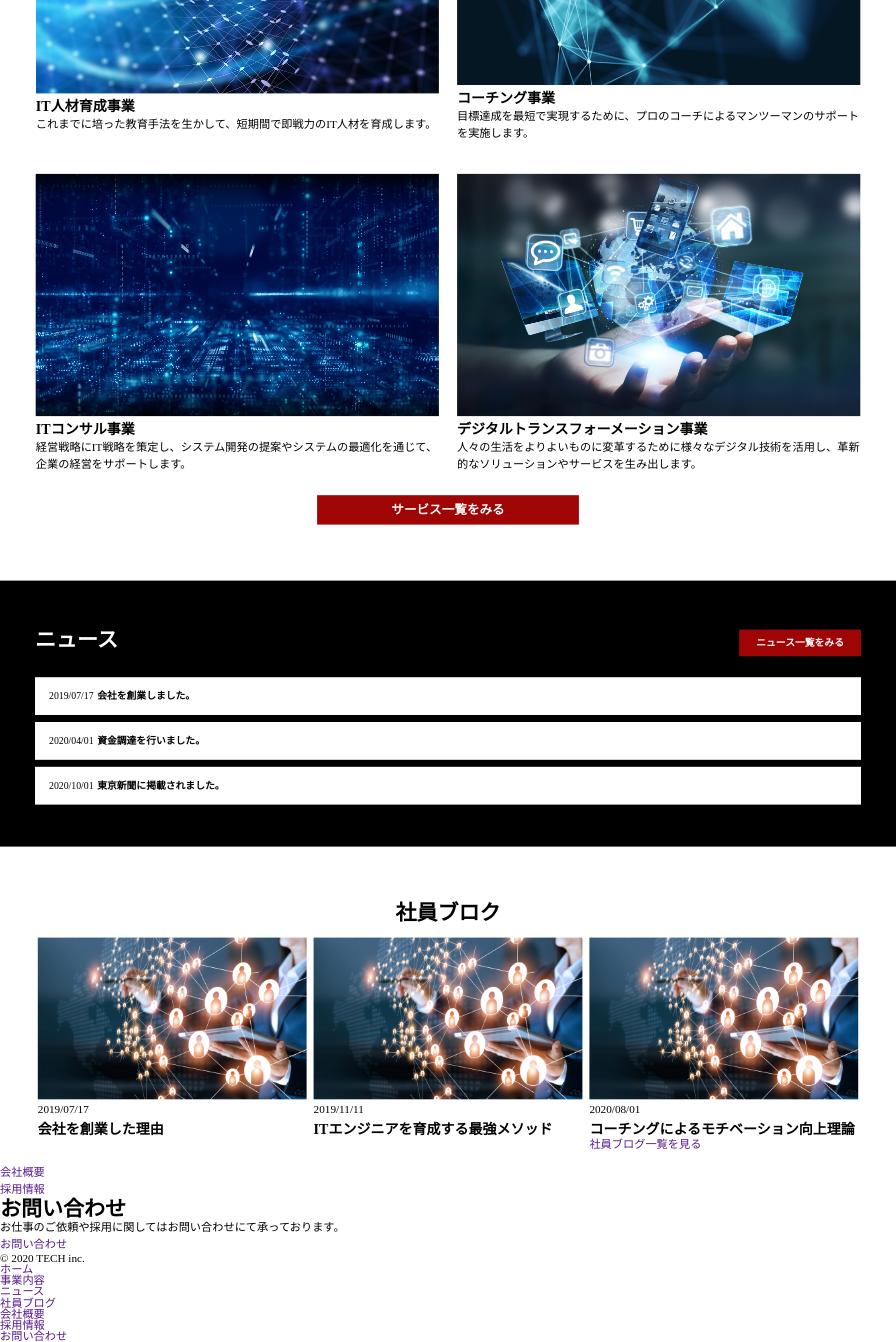
Repository: masanarimiura/20220516_miura
Page: index.html
The author's editor kept a copy of each file at every save. The page is drawn from the files as they stood at one save, then again after the next save.
The browser window is 1280 px wide. The pictures show the part of the page from y = 1349 to 3269 px (the page is 3266 px tall before and 3269 px after), at 70% of full size.

Above is the page before, as saved 2022-05-13 20:39:18.

### index.html
<!DOCTYPE html>
<html lang="ja">

<head>
  <meta charset="UTF-8">
  <meta http-equiv="X-UA-Compatible" content="IE=edge">
  <meta name="viewport" content="width=device-width, initial-scale=1.0">
  <title>Document</title>
  <link rel="stylesheet" href="css/reset.css">
  <link rel="stylesheet" href="css/index.css">
</head>

<body>

  <header class="header">
    <h2 class="header__ttl">TECH</h2>
    <nav class="header__nav">
      <ul>
        <li><a href="" class="header__nav__item1">ホーム</a></li>
        <li><a href="" class="header__nav__item2">事業内容</a></li>
        <li><a href="" class="header__nav__item3">ニュース</a></li>
        <li><a href="" class="header__nav__item4">社員ブログ</a></li>
        <li><a href="" class="header__nav__item5">会社概要</a></li>
        <li><a href="" class="header__nav__item6">採用情報</a></li>
        <li><a href="" class="header__nav__item7">お問い合わせ</a></li>
      </ul>
    </nav>
  </header>

  <div class="eyecatch">
    <div class="eyecatch__content">
      <h1 class="eyecatch__content__ttl">最新のテクノロジーで社会課題を解決</h1>
      <p class="eyecatch__content__txt">solving social issues with the latest tdchnology</p>
    </div>
  </div>

  <div class="message">
    <div class="message__inner">
      <h2 class="message__ttl">株式会社TECHの想い</h2>
      <p class="message__txt">
        あらゆる産業において、新たなデジタル技術を使ってこれまでにないビジネスモデルを展開する新規参入者が養生し、ゲームチェンジが起ころうとしています。こうした中で、各企業は、競争力維持・強化のために。DXを迅速に進めていくことが求められています。しかし、DXにおいて投資コストは非常にかかります。株式会社TECHでは独自のオペレーションと人材教育により、他社よりも価格を抑えた開発を行います。
      </p>
    </div>
  </div>

  <div class="service">
    <h2 class="service__ttl">サービス</h2>
    <div class="service__inner">
      <div class="service__box">
        <img src="img/service1.png" alt="" class="service__box__img">
        <h3 class="service__box__ttl">IT人材育成事業</h3>
        <p class="service__box__txt">これまでに培った教育手法を生かして、短期間で即戦力のIT人材を育成します。</p>
      </div>
      <div class="service__box">
        <img src="img/service2.png" alt="" class="service__box__img">
        <h3 class="service__box__ttl">コーチング事業</h3>
        <p class="service__box__txt">目標達成を最短で実現するために、プロのコーチによるマンツーマンのサポートを実施します。</p>
      </div>
      <div class="service__box">
        <img src="img/service3.png" alt="" class="service__box__img">
        <h3 class="service__box__ttl">ITコンサル事業</h3>
        <p class="service__box__txt">経営戦略にIT戦略を策定し、システム開発の提案やシステムの最適化を通じて、企業の経営をサポートします。</p>
      </div>
      <div class="service__box">
        <img src="img/service4.png" alt="" class="service__box__img">
        <h3 class="service__box__ttl">デジタルトランスフォーメーション事業</h3>
        <p class="service__box__txt">人々の生活をよりよいものに変革するために様々なデジタル技術を活用し、革新的なソリューションやサービスを生み出します。</p>
      </div>
      <a href="" class="button">サービス一覧をみる</a>
    </div>
  </div>

  <div class="news">
    <div class="news__inner">
      <div class="news__ttl">
        <h2 class="news__ttl-txt">ニュース</h2>
        <a href="" class="service__link button">ニュース一覧をみる</a>
      </div>
      <div class="news__content">
        <ul class="news__content-inner">
          <li class="news__content-topic">
            <a herf="">2019/07/17<span>会社を創業しました。</span></a>
          </li>
          <li class="news__content-topic">
            <a herf="">2020/04/01<span>資金調達を行いました。</span></a>
          </li>
          <li class="news__content-topic">
            <a herf="">2020/10/01<span>東京新聞に掲載されました。</span></a>
          </li>
        </ul>
      </div>
    </div>
  </div>
  <div class="blog">
    <h2 class="blog__ttl">社員ブロク</h2>
    <div class="blog__inner">
      <div class="blog__box">
        <a href=""><img src="img/blog.png" alt="" class="blog__img"></a>
        <p class="blog__date">2019/07/17</p>
        <p class="blog__txt">会社を創業した理由</p>
      </div>
      <div class="blog__box">
        <a href=""><img src="img/blog.png" alt="" class="blog__img"></a>
        <p class="blog__date">2019/11/11</p>
        <p class="blog__txt">ITエンジニアを育成する最強メソッド</p>
      </div>
      <div class="blog__box">
        <a href=""><img src="img/blog.png" alt="" class="blog__img"></a>
        <p class="blog__date">2020/08/01</p>
        <p class="blog__txt">コーチングによるモチベーション向上理論</p>
        <a href="">社員ブログ一覧を見る</a>
      </div>
    </div>
  </div>

  <div class="info">
    <div class="info__company"><a href="">
        <p class="info__company__ttl">会社概要</p>
      </a></div>
    <div class="info__recruit"><a href="">
        <p class="info__recruit__ttl">採用情報</p>
      </a></div>
  </div>

  <div class="contact">
    <h2 class="contact__ttl">お問い合わせ</h2>
    <p class="contact__txt">お仕事のご依頼や採用に関してはお問い合わせにて承っております。</p>
    <p class="contact__link"><a href="">お問い合わせ</a></p>
  </div>

  <footer class="footer">
    <div class="footer__copy">&copy; 2020 TECH inc.</div>
    <ul class="footer__nav">
      <li><a href="" class="footer__nav__item1">ホーム</a></li>
      <li><a href="" class="footer__nav__item2">事業内容</a></li>
      <li><a href="" class="footer__nav__item3">ニュース</a></li>
      <li><a href="" class="footer__nav__item4">社員ブログ</a></li>
      <li><a href="" class="footer__nav__item5">会社概要</a></li>
      <li><a href="" class="footer__nav__item6">採用情報</a></li>
      <li><a href="" class="footer__nav__item7">お問い合わせ</a></li>
    </ul>
  </footer>


  <script src="js/main.js"></script>
</body>

</html>

### css/reset.css
/*
html5doctor.com Reset Stylesheet
v1.6.1
Last Updated: 2010-09-17
Author: Richard Clark - http://richclarkdesign.com
Twitter: @rich_clark
*/
html,
body,
div,
span,
object,
iframe,
h1,
h2,
h3,
h4,
h5,
h6,
p,
blockquote,
pre,
abbr,
address,
cite,
code,
del,
dfn,
em,
img,
ins,
kbd,
q,
samp,
small,
strong,
sub,
sup,
var,
b,
i,
dl,
dt,
dd,
ol,
ul,
li,
fieldset,
form,
label,
legend,
table,
caption,
tbody,
tfoot,
thead,
tr,
th,
td,
article,
aside,
canvas,
details,
figcaption,
figure,
footer,
header,
hgroup,
menu,
nav,
section,
summary,
time,
mark,
audio,
video {
  margin: 0;
  padding: 0;
  border: 0;
  outline: 0;
  font-size: 100%;
  vertical-align: baseline;
  background: transparent;
}

body {
  line-height: 1;
}

article,
aside,
details,
figcaption,
figure,
footer,
header,
hgroup,
menu,
nav,
section {
  display: block;
}

nav ul {
  list-style: none;
}

blockquote,
q {
  quotes: none;
}

blockquote:before,
blockquote:after,
q:before,
q:after {
  content: "";
  content: none;
}

a {
  margin: 0;
  padding: 0;
  font-size: 100%;
  vertical-align: baseline;
  background: transparent;
}

/* change colours to suit your needs */
ins {
  background-color: #ff9;
  color: #000;
  text-decoration: none;
}

/* change colours to suit your needs */
mark {
  background-color: #ff9;
  color: #000;
  font-style: italic;
  font-weight: bold;
}

del {
  text-decoration: line-through;
}

abbr[title],
dfn[title] {
  border-bottom: 1px dotted;
  cursor: help;
}

table {
  border-collapse: collapse;
  border-spacing: 0;
}

/* change border colour to suit your needs */
hr {
  display: block;
  height: 1px;
  border: 0;
  border-top: 1px solid #cccccc;
  margin: 1em 0;
  padding: 0;
}

input,
select {
  vertical-align: middle;
}

### css/index.css
h2 {
  font-size: 30px;
  font-weight: bold;
}
h3 {
  font-size: 20px;
  font-weight: bold;
  line-height: 1.5;
}
a {
  text-decoration: none;
}
p {
  line-height: 1.5;
}
.button {
  display: block;
  text-align: center;
  color: #fff;
  font-size: 18px;
  font-weight: bold;
  background-color: rgb(160, 5, 5);
  width: 350px;
  padding: 12px;
}

.header {
  display: flex;
  justify-content: space-between;
  text-align: center;
  padding: 20px 30px;
  position: sticky;
  top: 0;
  background-color: #fff;
  z-index: 1;
}
.header__nav ul {
  display: flex;
  justify-content: space-between;
}
.header__nav ul li {
  padding: 0 15px;
  font-size: 16px;
  font-weight: bold;
}
.header__nav ul li a {
  color: #000;
}

.eyecatch {
  display: flex;
  justify-content: center;
  align-items: center;
  text-align: center;
  background: url(../img/mv.png) center/ cover;
  height: 80vh;
}
.eyecatch__content {
  color: #fff;
}
.eyecatch__content__ttl {
  font-size: 50px;
  padding: 20px;
  line-height: 1.5;
}
.eyecatch__content__txt {
  font-weight: bold;
  font-size: 20px;
  padding: 20px;
}

.message {
  background: #000;
  display: flex;
  justify-content: center;
  align-items: center;
}
.message__inner {
  padding: 80px 80px;
}
.message__ttl {
  color: #fff;
}
.message__txt {
  color: #fff;
  line-height: 2;
  text-align: justify;
  padding: 20px 0 0;
}

.service {
  margin-top: 100px;
}
.service__ttl {
  text-align: center;
  margin-bottom: 30px;
}
.service__inner {
  display: flex;
  align-items: center;
  flex-wrap: wrap;
  justify-content: center;
}
.service__box {
  width: 45%;
  height: auto;
  padding: 1%;
  margin-bottom: 20px;
}
.service__box img {
  width: 100%;
  height: auto;
}
.service__button {
  margin-top: 50px;
}
.news {
  background: #000;
  margin-top: 80px;
}
.news__inner {
  padding: 50px 50px;
}
.news__ttl {
  display: flex;
  justify-content: space-between;
  padding: 20px 0;
}
.news__ttl-txt {
  color: #fff;
}
.service__link {
  width: 150px;
  font-size: 14px;
}
.news__content-topic a {
  background-color: #fff;
  margin: 10px 0;
  padding: 20px;
  font-size: 14px;
  display: block;
}
.news__content-topic span {
  font-weight: bold;
  display: inline-block;
  padding: 0 5px;
}

.blog {
  margin-top: 80px;
}
.blog__ttl {
  text-align: center;
}
.blog__inner {
  display: flex;
  justify-content: center;
}
.blog__box {
  width: 30%;
  margin: 20px 5px;
}
.blog__box img {
  width: 100%;
}
.blog__txt {
  font-weight: bold;
  font-size: 20px;
}

Loaded but not shown: js/main.js (no copy from this time; the picture is the same without it)

After the next save:
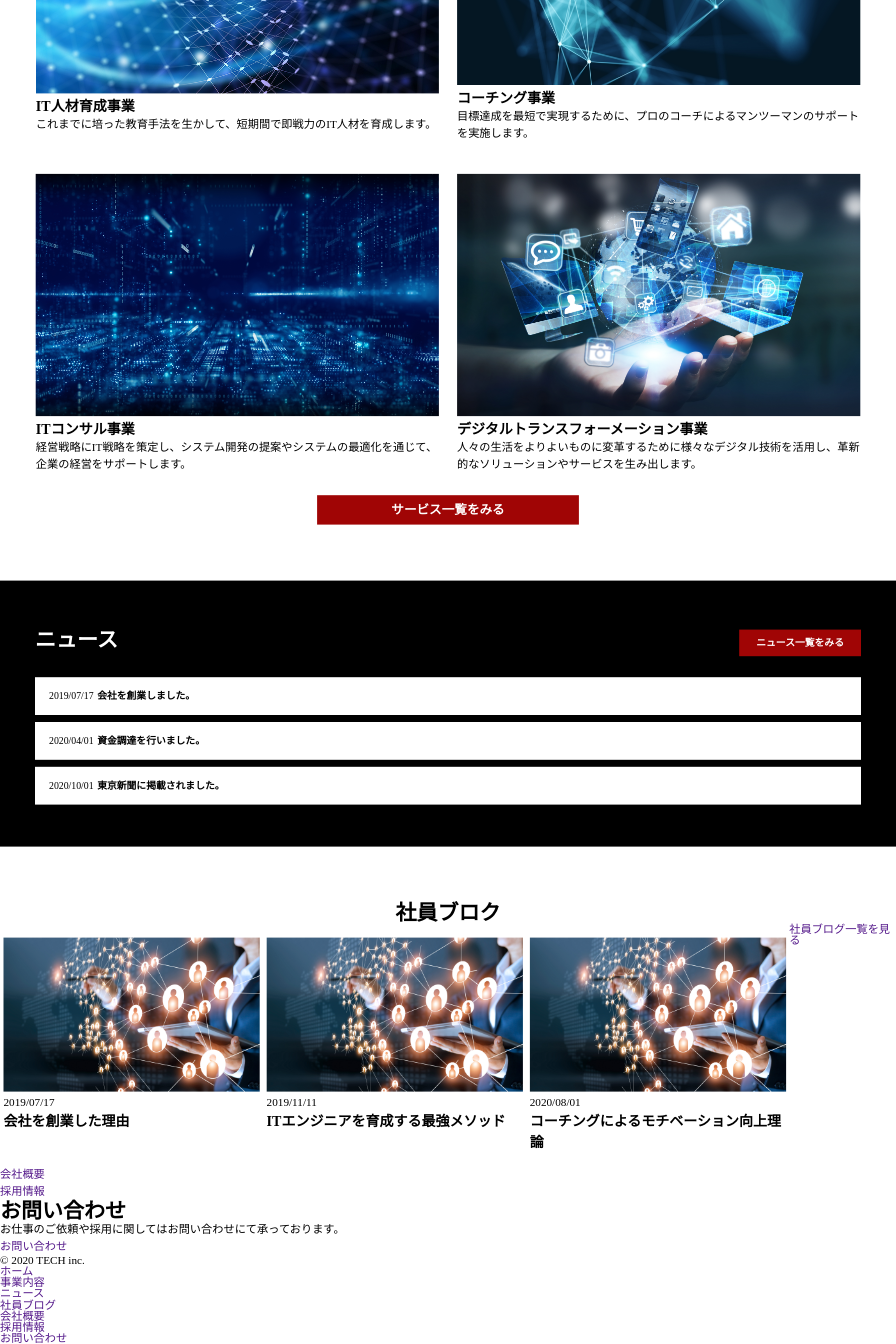
Saved 4 s later.
--- a/index.html
+++ b/index.html
@@ -108,8 +108,8 @@
         <a href=""><img src="img/blog.png" alt="" class="blog__img"></a>
         <p class="blog__date">2020/08/01</p>
         <p class="blog__txt">コーチングによるモチベーション向上理論</p>
-        <a href="">社員ブログ一覧を見る</a>
       </div>
+      <a href="">社員ブログ一覧を見る</a>
     </div>
   </div>
 
